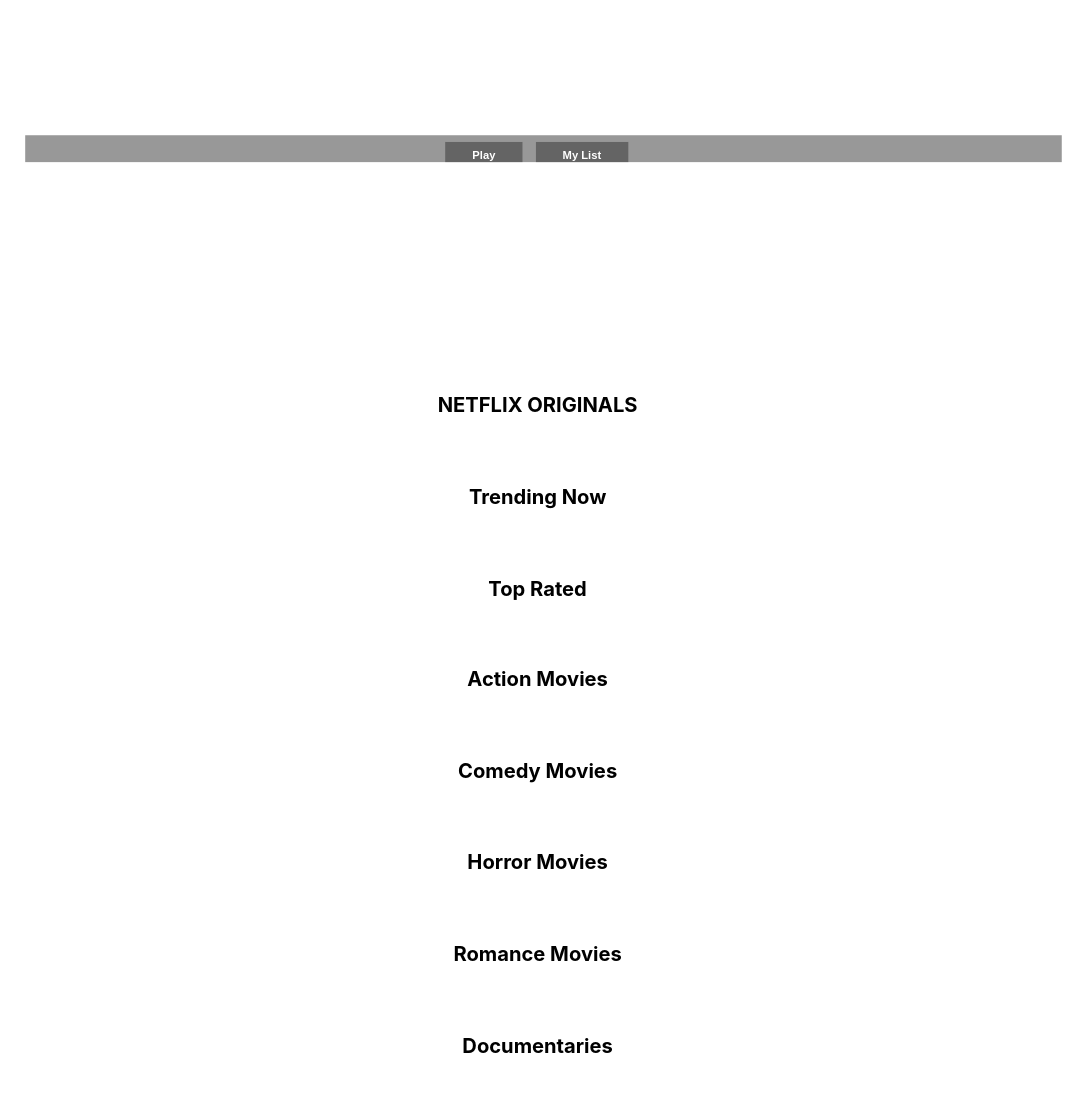
Repository: Aaasifsheikh/netflix-clone
Page: /
The author's editor kept a copy of each file at every save. The page is drawn from the files as they stood at one save, then again after the next save.
The browser window is 1280 px wide. The pictures show the whole page, at 84% of full size.
The page's requests for data from a server got no answer. The project was rebuilt for these pictures with package versions that can differ from the ones it lists, and the page was loaded fresh each time. No one was signed in, and anything a server would have sent is missing.

Above is the page before, as saved 2020-11-19 22:48:16.

After the next save:
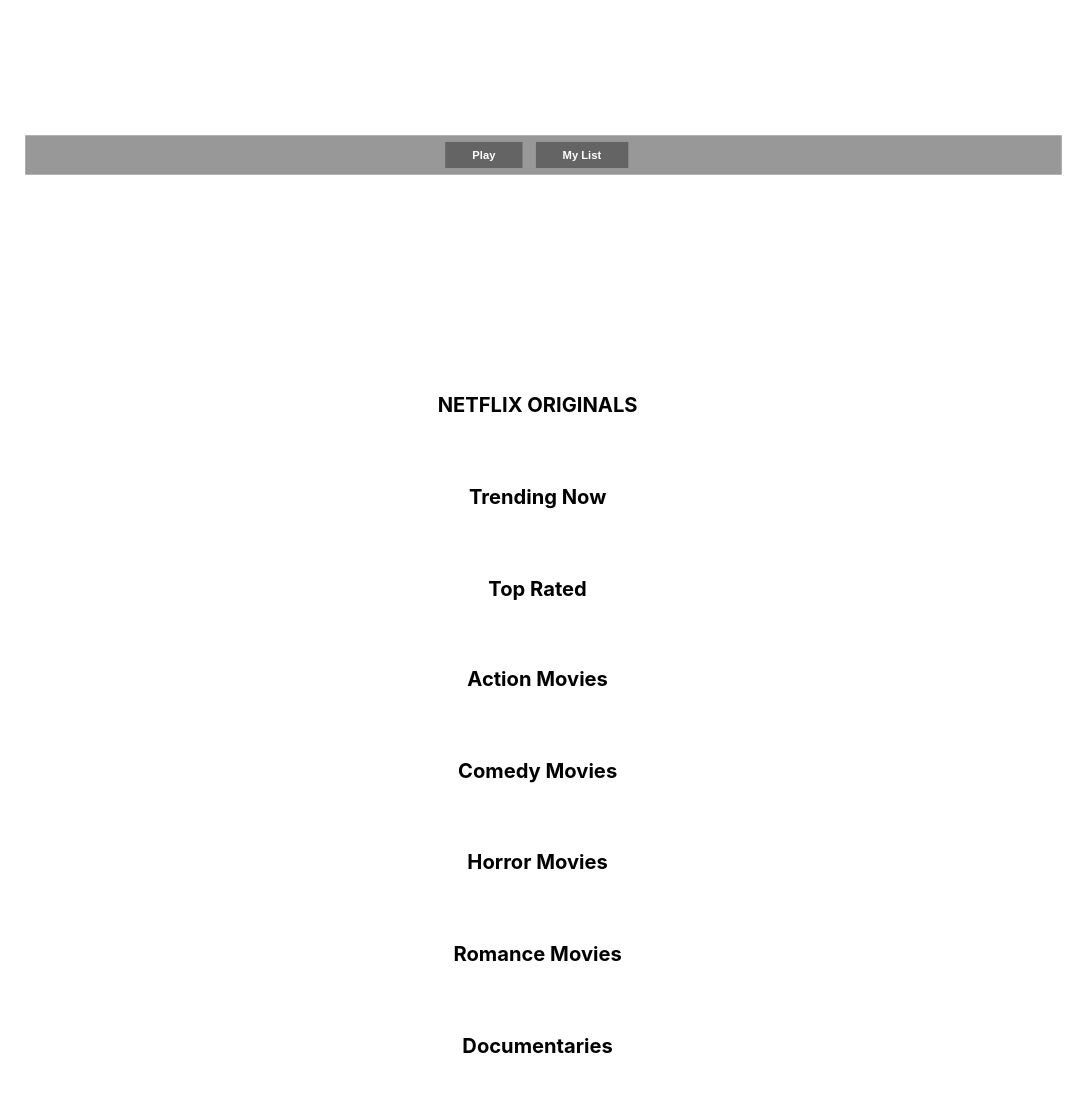
Saved 4 s later.
--- a/src/Banner.css
+++ b/src/Banner.css
@@ -33,6 +33,6 @@
     margin-right: 1rem;
     padding-top: 0.5rem;
     background-color: rgba(51, 51, 51, 0.5);
-    padding-bottom: ;
+    padding-bottom: 0.5rem;
 
 }
